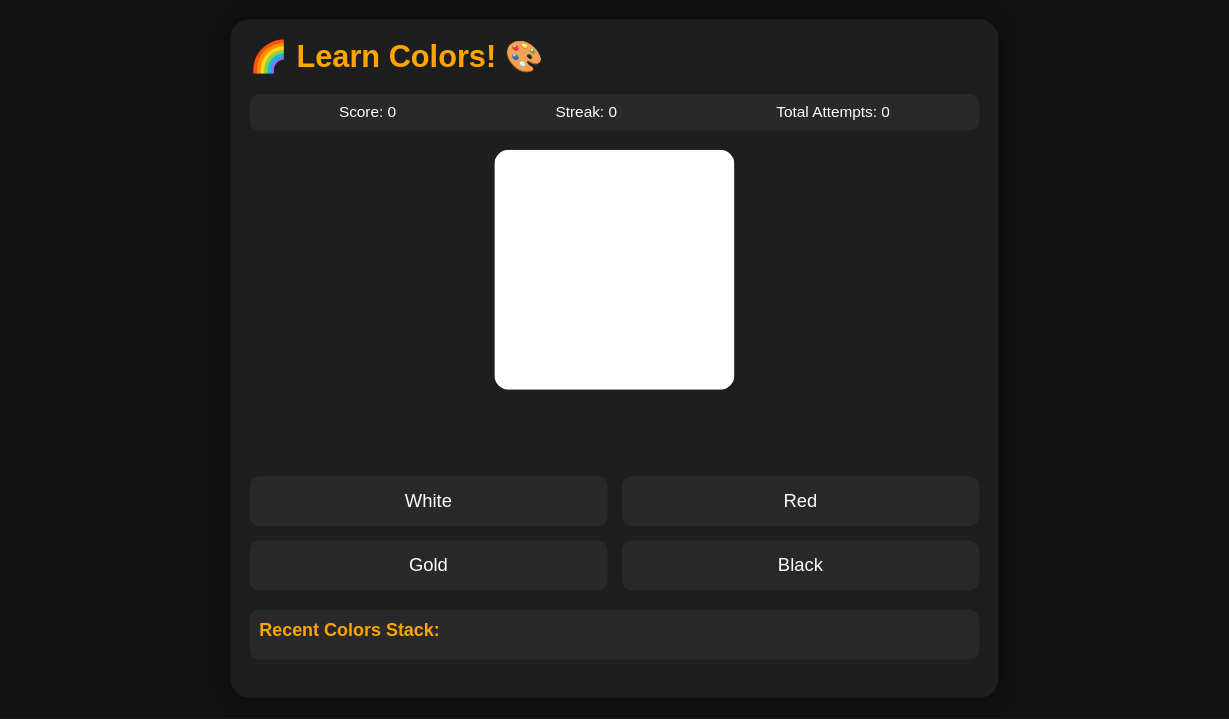
Repository: abhijeets54/learncolors
Page: project.html
The author's editor kept a copy of each file at every save. The page is drawn from the files as they stood at one save, then again after the next save.
The browser window is 1280 px wide. The pictures show the whole page, at 96% of full size.

Above is the page before, as saved 2024-11-17 19:59:08.

After the next save:
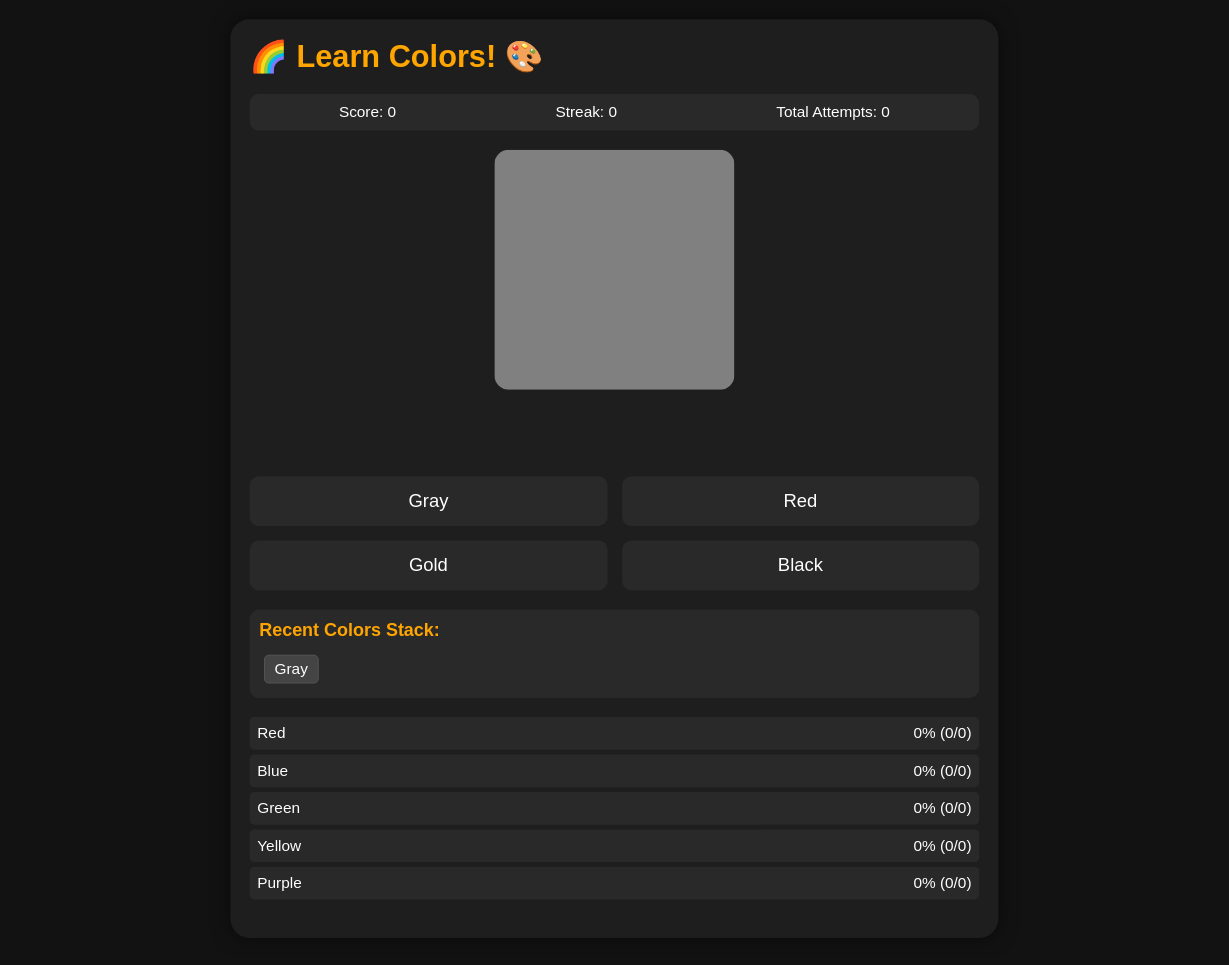
Saved 2 min 57 s later.
--- a/project.html
+++ b/project.html
@@ -29,7 +29,7 @@
         }
 
         .header h1 {
-            color: #ffa500; /* Accent color */
+            color: #ffa500;
         }
 
         .stats {
@@ -46,7 +46,7 @@
             height: 250px;
             margin: 20px auto;
             border-radius: 15px;
-            border: 5px solid transparent
+            border: 5px solid transparent;
         }
 
         .options-grid {
@@ -142,31 +142,17 @@
     </div>
 
     <script>
-           class Stack {
+        class Stack {
             constructor(maxSize = 5) {
                 this.items = [];
                 this.maxSize = maxSize;
             }
 
             push(element) {
-                if(this.items.length === this.maxSize) {
-                    this.items.pop();
+                if (this.items.length === this.maxSize) {
+                    this.items.pop(); // Remove the oldest item
                 }
-                this.items.unshift(element);
-            }
-
-            pop() {
-                if(this.isEmpty()) return null;
-                return this.items.shift();
-            }
-
-            peek() {
-                if(this.isEmpty()) return null;
-                return this.items[0];
-            }
-
-            isEmpty() {
-                return this.items.length === 0;
+                this.items.unshift(element); // Add the new item at the beginning
             }
 
             getItems() {
@@ -174,7 +160,6 @@
             }
         }
 
-        // Array of basic colors
         const COLORS = [
             { name: 'Red', hex: '#FF0000' },
             { name: 'Blue', hex: '#0000FF' },
@@ -193,62 +178,48 @@
             { name: 'Gold', hex: '#FFD700' }
         ];
 
-        // Performance tracking array
         let colorPerformance = COLORS.map(color => ({
             name: color.name,
             attempts: 0,
             correct: 0
         }));
 
-        // Game state variables
         let score = 0;
         let streak = 0;
         let attempts = 0;
         let currentColor = null;
         let recentColors = new Stack(5);
 
-        // Bubble sort for performance ranking
         function sortPerformance() {
             let arr = [...colorPerformance];
-            for(let i = 0; i < arr.length; i++) {
-                for(let j = 0; j < arr.length - i - 1; j++) {
+            for (let i = 0; i < arr.length; i++) {
+                for (let j = 0; j < arr.length - i - 1; j++) {
                     let rate1 = arr[j].attempts === 0 ? 0 : (arr[j].correct / arr[j].attempts);
-                    let rate2 = arr[j+1].attempts === 0 ? 0 : (arr[j+1].correct / arr[j+1].attempts);
-                    if(rate1 < rate2) {
-                        [arr[j], arr[j+1]] = [arr[j+1], arr[j]];
+                    let rate2 = arr[j + 1].attempts === 0 ? 0 : (arr[j + 1].correct / arr[j + 1].attempts);
+                    if (rate1 < rate2) {
+                        [arr[j], arr[j + 1]] = [arr[j + 1], arr[j]];
                     }
                 }
             }
             return arr;
         }
 
-        // Generate options using selection sort for difficulty
         function generateOptions(correctColor) {
             let options = [correctColor];
-            let availableColors = COLORS.filter(c => c !== correctColor);
-
-            // Selection sort based on performance (to mix easy and hard colors)
-            for(let i = 0; i < availableColors.length; i++) {
-                let minIdx = i;
-                for(let j = i + 1; j < availableColors.length; j++) {
-                    let perf1 = colorPerformance.find(p => p.name === availableColors[minIdx].name);
-                    let perf2 = colorPerformance.find(p => p.name === availableColors[j].name);
-                    let rate1 = perf1.attempts === 0 ? 0 : (perf1.correct / perf1.attempts);
-                    let rate2 = perf2.attempts === 0 ? 0 : (perf2.correct / perf2.attempts);
-                    if(rate1 > rate2) minIdx = j;
-                }
-                if(minIdx !== i) {
-                    [availableColors[i], availableColors[minIdx]] =
-                    [availableColors[minIdx], availableColors[i]];
-                }
-            }
-
-            // Select 3 more colors (mix of easy and difficult)
-            options.push(availableColors[0]); // Most difficult
-            options.push(availableColors[Math.floor(availableColors.length / 2)]); // Medium
-            options.push(availableColors[availableColors.length - 1]); // Easiest
-
-            // Shuffle options
+            let availableColors = COLORS.filter(c => c.name !== correctColor.name);
+
+            availableColors.sort((a, b) => {
+                let perfA = colorPerformance.find(p => p.name === a.name);
+                let perfB = colorPerformance.find(p => p.name === b.name);
+                let rateA = perfA.attempts === 0 ? 0 : perfA.correct / perfA.attempts;
+                let rateB = perfB.attempts === 0 ? 0 : perfB.correct / perfB.attempts;
+                return rateA - rateB;
+            });
+
+            options.push(availableColors[0]);
+            options.push(availableColors[Math.floor(availableColors.length / 2)]);
+            options.push(availableColors[availableColors.length - 1]);
+
             return options.sort(() => Math.random() - 0.5);
         }
 
@@ -257,13 +228,11 @@
             document.getElementById('streak').textContent = streak;
             document.getElementById('attempts').textContent = attempts;
 
-            // Update stack display
             const stackItems = recentColors.getItems();
             document.getElementById('stackDisplay').innerHTML = stackItems
                 .map(color => `<span class="color-item">${color.name}</span>`)
                 .join('');
 
-            // Update performance list
             const sortedPerformance = sortPerformance().slice(0, 5);
             document.getElementById('performanceList').innerHTML = sortedPerformance
                 .map(p => {
@@ -286,6 +255,7 @@
             document.getElementById('options').innerHTML = options
                 .map(option => `<button class="color-btn" onclick="checkAnswer('${option.name}')">${option.name}</button>`)
                 .join('');
+            updateDisplay();
         }
 
         function checkAnswer(selectedColor) {
@@ -306,10 +276,14 @@
                 streak = 0;
             }
             updateDisplay();
-            startGame();
-        }
-
-        window.onload = startGame;
+
+            setTimeout(() => {
+                feedbackElement.textContent = "";
+                startGame();
+            }, 1000);
+        }
+
+        startGame();
     </script>
 </body>
 </html>
